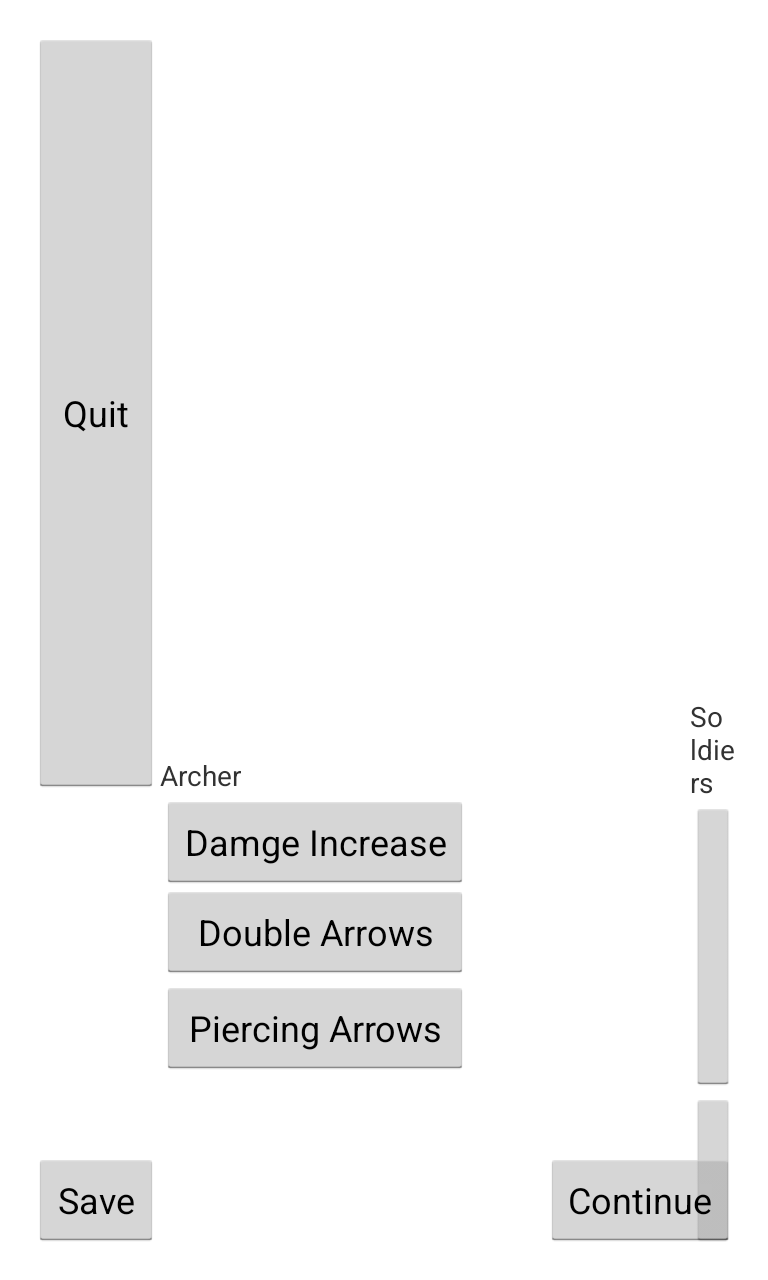
Repository: wsovran/group4
Layout: workspace/Archer/res/layout/activity_shop.xml
The author's editor kept a copy of each file at every save. The layout is drawn from the files as they stood at one save, then again after the next save.
It is drawn on a 768 x 1280 px phone screen (xhdpi) without system bars, with theme AppTheme; the app's code is not run.

Above is the layout before, as saved 2014-03-31 22:04:13.

### workspace/Archer/res/layout/activity_shop.xml
<RelativeLayout xmlns:android="http://schemas.android.com/apk/res/android"
    xmlns:tools="http://schemas.android.com/tools"
    android:layout_width="match_parent"
    android:layout_height="match_parent"
    android:gravity="top"
    android:paddingBottom="@dimen/activity_vertical_margin"
    android:paddingLeft="@dimen/activity_horizontal_margin"
    android:paddingRight="@dimen/activity_horizontal_margin"
    android:paddingTop="@dimen/activity_vertical_margin"
    tools:context=".ShopActivity" >

    <Button
        android:id="@+id/Button04"
        android:layout_width="wrap_content"
        android:layout_height="wrap_content"
        android:layout_alignBaseline="@+id/button4"
        android:layout_alignBottom="@+id/button4"
        android:layout_marginLeft="110dp"
        android:layout_toRightOf="@+id/button1"
        android:text="Button" />

    <Button
        android:id="@+id/Button02"
        android:layout_width="wrap_content"
        android:layout_height="wrap_content"
        android:layout_below="@+id/Button04"
        android:layout_marginLeft="110dp"
        android:layout_toRightOf="@+id/button1"
        android:text="Button" />

    <Button
        android:id="@+id/Button03"
        android:layout_width="wrap_content"
        android:layout_height="wrap_content"
        android:layout_below="@+id/Button02"
        android:layout_marginLeft="110dp"
        android:layout_toRightOf="@+id/button1"
        android:text="Button" />

    <TextView
        android:id="@+id/textView1"
        android:layout_width="wrap_content"
        android:layout_height="wrap_content"
        android:layout_above="@+id/button4"
        android:layout_alignLeft="@+id/button4"
        android:text="@string/Archer_Text_view" />

    <TextView
        android:id="@+id/textView2"
        android:layout_width="wrap_content"
        android:layout_height="wrap_content"
        android:layout_above="@+id/Button04"
        android:layout_alignLeft="@+id/Button04"
        android:layout_alignRight="@+id/Button04"
        android:text="@string/Soilders_text_view" />

    <Button
        android:id="@+id/button5"
        android:layout_width="wrap_content"
        android:layout_height="wrap_content"
        android:layout_alignBottom="@+id/textView1"
        android:layout_alignParentLeft="true"
        android:layout_alignParentTop="true"
        android:text="@string/quit" />

    <Button
        android:id="@+id/button6"
        android:layout_width="wrap_content"
        android:layout_height="wrap_content"
        android:layout_alignParentBottom="true"
        android:layout_alignParentRight="true"
        android:text="@string/ContinueGame" />

    <Button
        android:id="@+id/button7"
        android:layout_width="wrap_content"
        android:layout_height="wrap_content"
        android:layout_alignBaseline="@+id/button6"
        android:layout_alignBottom="@+id/button6"
        android:layout_alignLeft="@+id/button5"
        android:text="@string/save" />

    <Button
        android:id="@+id/button4"
        android:layout_width="wrap_content"
        android:layout_height="wrap_content"
        android:layout_alignBottom="@+id/button1"
        android:layout_marginBottom="45dp"
        android:layout_toRightOf="@+id/button5"
        android:text="@string/btn_damage" />

    <Button
        android:id="@+id/button1"
        android:layout_width="wrap_content"
        android:layout_height="wrap_content"
        android:layout_above="@+id/button7"
        android:layout_alignLeft="@+id/button4"
        android:layout_alignRight="@+id/button4"
        android:layout_marginBottom="86dp"
        android:text="@string/Arrows_btn" />

    <Button
        android:id="@+id/button2"
        android:layout_width="wrap_content"
        android:layout_height="wrap_content"
        android:layout_alignLeft="@+id/button1"
        android:layout_below="@+id/button4"
        android:layout_toLeftOf="@+id/Button02"
        android:text="@string/btn_arrow" />

</RelativeLayout>

### workspace/Archer/res/values/strings.xml
<?xml version="1.0" encoding="utf-8"?>
<resources>

    <string name="app_name">Archer</string>
    <string name="action_settings">Settings</string>
    <string name="hello_world">Hello world!</string>
    <string name="NewGame">New Game</string>
    <string name="ContinueGame">Continue</string>
    <string name="HighScores">High Scores</string>
    <string name="Options">Options</string>
    <string name="Tutorial">Tutorial</string>
    <string name="title_activity_tutorial">TutorialActivity</string>
    <string name="TutorialScreenText">//TO-DO: Add Tutorial Text</string>
    <string name="GoBack">&lt;</string>
    <string name="title_activity_options">OptionsActivity</string>
    <string name="SoundControl">Sound</string>
    <string name="ResetHighScore">Reset High Score</string>
    <string name="title_activity_high_score">HighScoreActivity</string>
    <string name="title_activity_game">GameActivity</string>
    <string name="title_activity_new_game">NewGameActivity</string>
    <string name="title_activity_shop">ShopActivity</string>
    <string name="Archer_Text_view">Archer</string>
    <string name="Soilders_text_view">Soldiers</string>
    <string name="quit">Quit</string>
    <string name="save">Save</string>
    <string name="btn_damage">Damge Increase</string>
    <string name="Arrows_btn">Double Arrows</string>
    <string name="btn_arrow">Piercing Arrows</string>
    <string name="btn_speed">Move Speed</string>
    <string name="btn_health">Health</string>
    <string name="btn_spawn">Spwan Rate</string>

</resources>

Loaded but not shown: workspace/Archer/res/values/styles.xml (common file); workspace/Archer/res/values-v11/styles.xml (common file); workspace/Archer/res/values-v14/styles.xml (common file); workspace/Archer/res/values/dimens.xml (common file)

After the next save:
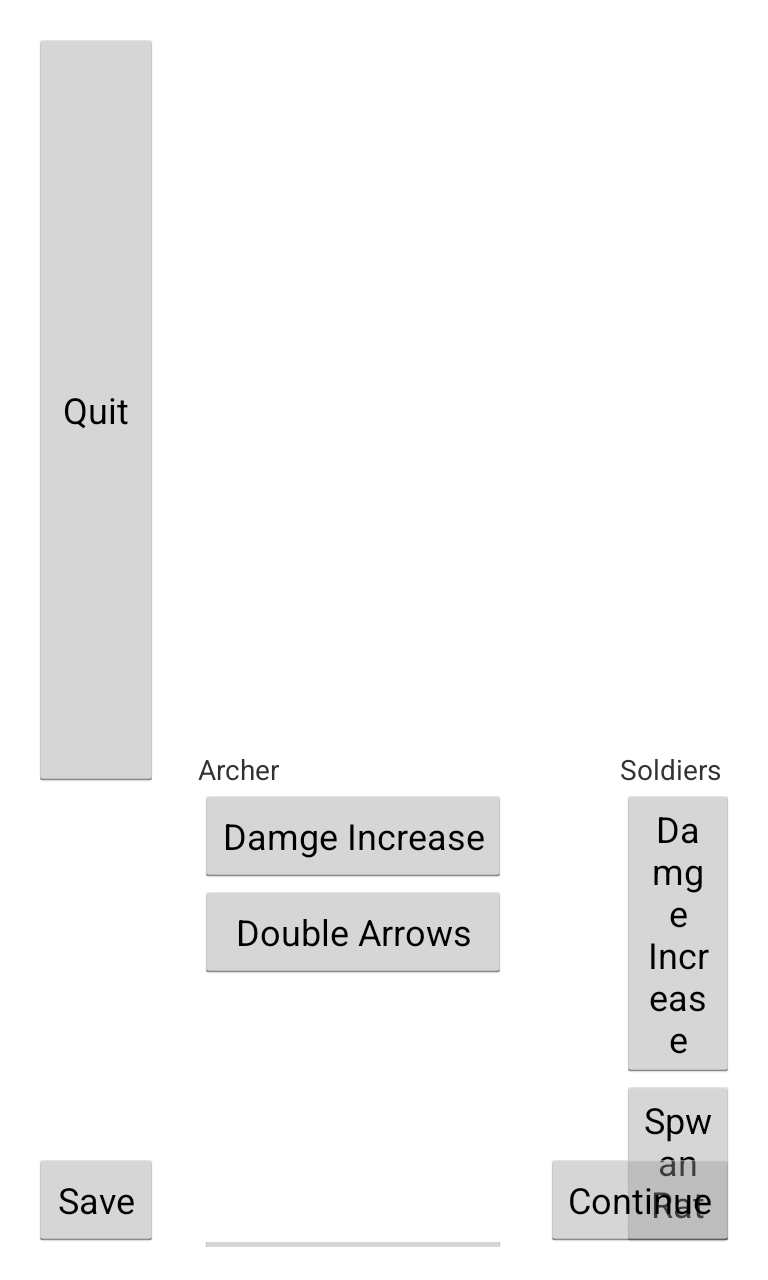
Saved 73 s later.
--- a/workspace/Archer/res/layout/activity_shop.xml
+++ b/workspace/Archer/res/layout/activity_shop.xml
@@ -10,32 +10,22 @@
     tools:context=".ShopActivity" >
 
     <Button
-        android:id="@+id/Button04"
-        android:layout_width="wrap_content"
-        android:layout_height="wrap_content"
-        android:layout_alignBaseline="@+id/button4"
-        android:layout_alignBottom="@+id/button4"
-        android:layout_marginLeft="110dp"
-        android:layout_toRightOf="@+id/button1"
-        android:text="Button" />
-
-    <Button
         android:id="@+id/Button02"
         android:layout_width="wrap_content"
         android:layout_height="wrap_content"
+        android:layout_alignLeft="@+id/Button04"
+        android:layout_alignRight="@+id/Button04"
         android:layout_below="@+id/Button04"
-        android:layout_marginLeft="110dp"
-        android:layout_toRightOf="@+id/button1"
-        android:text="Button" />
+        android:text="@string/btn_spawn" />
 
     <Button
         android:id="@+id/Button03"
         android:layout_width="wrap_content"
         android:layout_height="wrap_content"
+        android:layout_alignLeft="@+id/Button02"
+        android:layout_alignRight="@+id/Button02"
         android:layout_below="@+id/Button02"
-        android:layout_marginLeft="110dp"
-        android:layout_toRightOf="@+id/button1"
-        android:text="Button" />
+        android:text="@string/btn_health" />
 
     <TextView
         android:id="@+id/textView1"
@@ -81,15 +71,6 @@
         android:text="@string/save" />
 
     <Button
-        android:id="@+id/button4"
-        android:layout_width="wrap_content"
-        android:layout_height="wrap_content"
-        android:layout_alignBottom="@+id/button1"
-        android:layout_marginBottom="45dp"
-        android:layout_toRightOf="@+id/button5"
-        android:text="@string/btn_damage" />
-
-    <Button
         android:id="@+id/button1"
         android:layout_width="wrap_content"
         android:layout_height="wrap_content"
@@ -100,12 +81,31 @@
         android:text="@string/Arrows_btn" />
 
     <Button
+        android:id="@+id/Button04"
+        android:layout_width="wrap_content"
+        android:layout_height="wrap_content"
+        android:layout_below="@+id/textView1"
+        android:layout_marginLeft="56dp"
+        android:layout_toRightOf="@+id/button4"
+        android:text="@string/btn_damage" />
+
+    <Button
+        android:id="@+id/button4"
+        android:layout_width="wrap_content"
+        android:layout_height="wrap_content"
+        android:layout_above="@+id/button1"
+        android:layout_marginLeft="19dp"
+        android:layout_toRightOf="@+id/button5"
+        android:text="@string/btn_damage" />
+
+    <Button
         android:id="@+id/button2"
         android:layout_width="wrap_content"
         android:layout_height="wrap_content"
+        android:layout_alignBaseline="@+id/Button03"
+        android:layout_alignBottom="@+id/Button03"
         android:layout_alignLeft="@+id/button1"
-        android:layout_below="@+id/button4"
-        android:layout_toLeftOf="@+id/Button02"
+        android:layout_toLeftOf="@+id/Button04"
         android:text="@string/btn_arrow" />
 
 </RelativeLayout>
